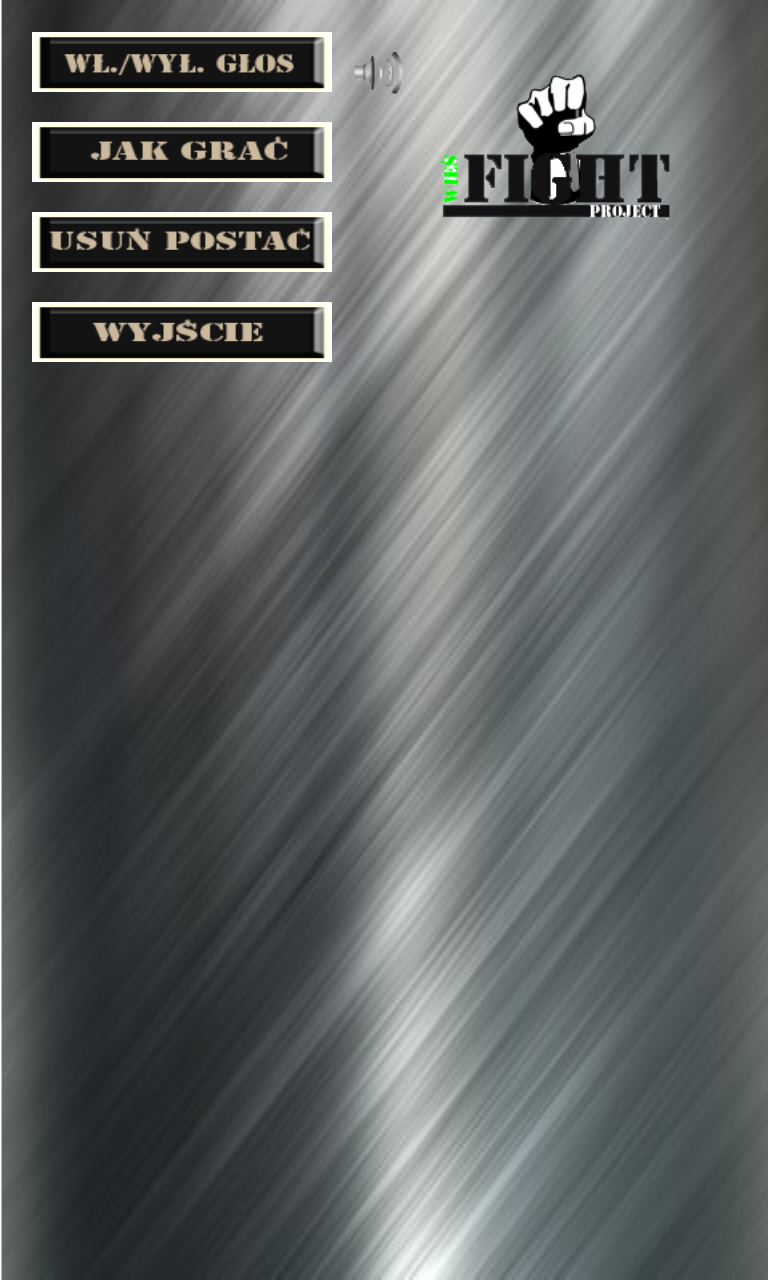
Repository: KrzysztofWolinski/WiesFight_Project
Layout: WiesFight/res/layout/activity_settings.xml
These files come from the project's save history. The layout is drawn as it stood at one moment and after the next save; the edit follows.
It is drawn on a 768 x 1280 px phone screen (xhdpi) without system bars, with theme AppTheme; the app's code is not run.

Above is the layout before, as saved 2014-11-12 19:09:37.

### WiesFight/res/layout/activity_settings.xml
<RelativeLayout xmlns:android="http://schemas.android.com/apk/res/android"
    xmlns:tools="http://schemas.android.com/tools"
    android:layout_width="match_parent"
    android:layout_height="match_parent"
    android:background="@drawable/bg"
    android:paddingBottom="@dimen/activity_vertical_margin"
    android:paddingLeft="@dimen/activity_horizontal_margin"
    android:paddingRight="@dimen/activity_horizontal_margin"
    android:paddingTop="@dimen/activity_vertical_margin"
    tools:context="${relativePackage}.${activityClass}" >

    <ImageView
        android:id="@+id/imgLogo"
        android:layout_width="wrap_content"
        android:layout_height="wrap_content"
        android:layout_alignParentRight="true"
        android:layout_alignParentTop="true"
        android:layout_marginTop="20dp"
        android:layout_marginRight="30dp"
        android:src="@drawable/logo"
        android:contentDescription="@string/logo" />

    <Button
        android:id="@+id/btnSound"
        android:layout_width="150dp"
        android:layout_height="30dp"
        android:layout_below="@+id/imgLogo"
        android:layout_alignParentLeft="true"
        android:layout_alignParentTop="true"
        android:onClick="switchSound"
        android:background="@drawable/glos" />

    <Button
        android:id="@+id/btnHowToPlay"
        android:layout_width="150dp"
        android:layout_height="30dp"
        android:layout_alignLeft="@+id/btnSound"
        android:layout_below="@+id/btnSound"
        android:layout_marginTop="15dp"
        android:onClick="showHowToPlay"
        android:background="@drawable/jakgrac" />

    <Button
        android:id="@+id/btnDeleteCharacter"
        android:layout_width="150dp"
        android:layout_height="30dp"
        android:layout_alignLeft="@+id/btnHowToPlay"
        android:layout_below="@+id/btnHowToPlay"
        android:layout_marginTop="15dp"
        android:onClick="deleteCharacter"
        android:background="@drawable/usunpostac" />

    <Button
        android:id="@+id/btnExit"
        android:layout_width="150dp"
        android:layout_height="30dp"
        android:layout_alignRight="@+id/btnDeleteCharacter"
        android:layout_below="@+id/btnDeleteCharacter"
        android:layout_marginTop="15dp"
        android:onClick="leaveGame"
        android:background="@drawable/wyjscie" />

    <ImageView
        android:id="@+id/imgSound"
        android:layout_width="wrap_content"
        android:layout_height="wrap_content"
        android:layout_alignTop="@+id/btnSound"
        android:layout_toRightOf="@+id/btnSound"
        android:layout_marginTop="10dp"
        android:layout_marginLeft="10dp"
        android:src="@drawable/wl"
        android:contentDescription="@string/desc" />

</RelativeLayout>

### WiesFight/res/values/strings.xml
<?xml version="1.0" encoding="utf-8"?>
<resources xmlns:android="http://schemas.android.com/apk/res/android">

    <string name="app_name">WiesFight</string>
    <string name="hello_world">Hello world!</string>
    <string name="action_settings">Settings</string>
    <string name="title_activity_posts">PostsActivity</string>
    <string name="title_activity_login">LoginActivity</string>
    <string name="logo">logo</string>
    <string name="wybierz">wybierz</string>
    <string name="walka">walka</string>
    <string name="sklep">sklep</string>
    <string name="ustawienia">ustawienia</string>
    <string name="title_activity_fight">FightActivity</string>
    <string name="title_activity_shop">ShopActivity</string>
    <string name="title_activity_settings">SettingsActivity</string>
    <string name="nickHint">Podaj nick</string>
    <string name="avatar">avatar</string>
    <string name="lewy">lewy</string>
    <string name="prawy">prawy</string>
    <string name="ramka">ramka</string>
    <string name="desc">obrazek</string>
    <string name="yes">Tak</string>
    <string name="no">Nie</string>
    <string name="ok">OK</string>
    <string name="instruction">tutaj instrukcja jak grać</string>
    <string name="noInternetConnection">Połącz się z internetem i spróbuj ponownie.</string>
    <string name="confirmExit">Czy na pewno chcesz wyjść z gry?</string>
    <string name="confirmDelete">Czy na pewno chcesz usunąć postać?</string>
    <string name="title_activity_start">StartActivity</string>

</resources>

Loaded but not shown: WiesFight/res/values/styles.xml (common file); WiesFight/res/values-v11/styles.xml (common file); WiesFight/res/values-v14/styles.xml (common file); WiesFight/res/values/dimens.xml (common file); WiesFight/res/values-w820dp/dimens.xml (common file)

After the next save:
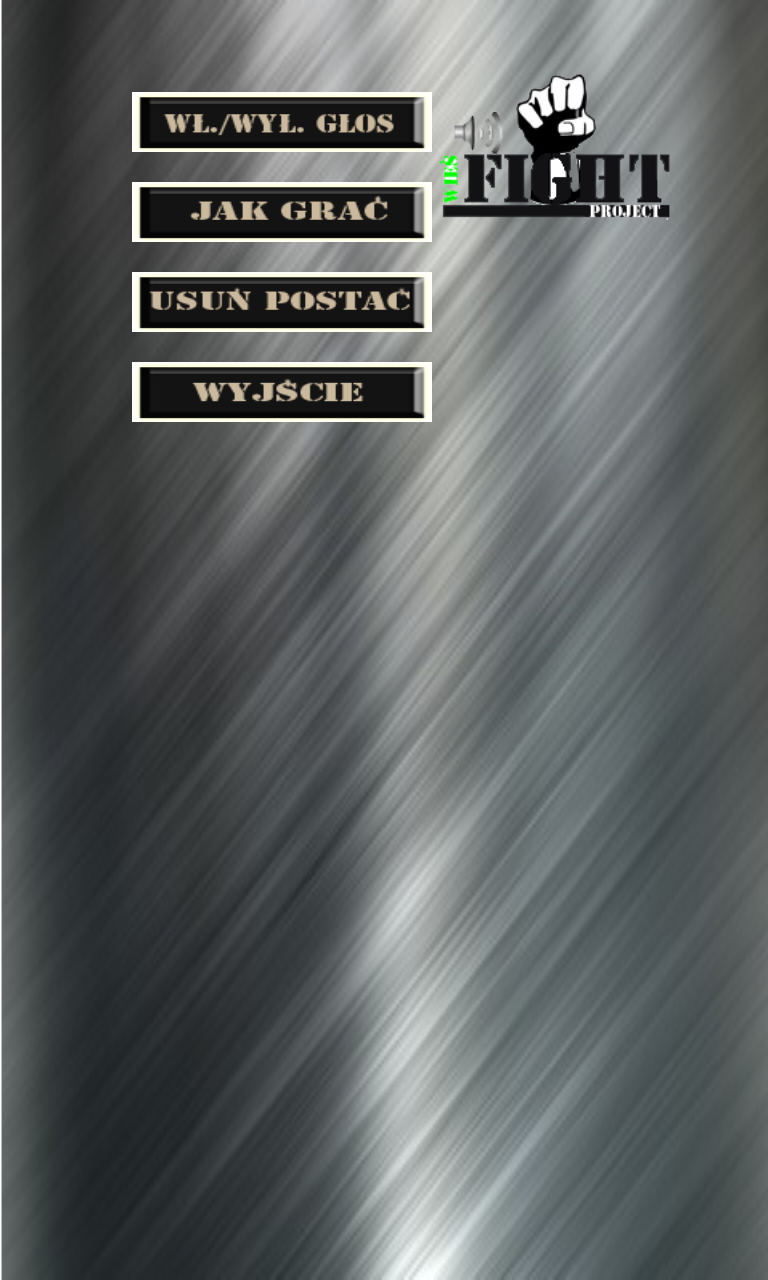
Saved 15 s later.
--- a/WiesFight/res/layout/activity_settings.xml
+++ b/WiesFight/res/layout/activity_settings.xml
@@ -27,6 +27,8 @@
         android:layout_below="@+id/imgLogo"
         android:layout_alignParentLeft="true"
         android:layout_alignParentTop="true"
+        android:layout_marginTop="30dp"
+        android:layout_marginLeft="50dp"
         android:onClick="switchSound"
         android:background="@drawable/glos" />
 
